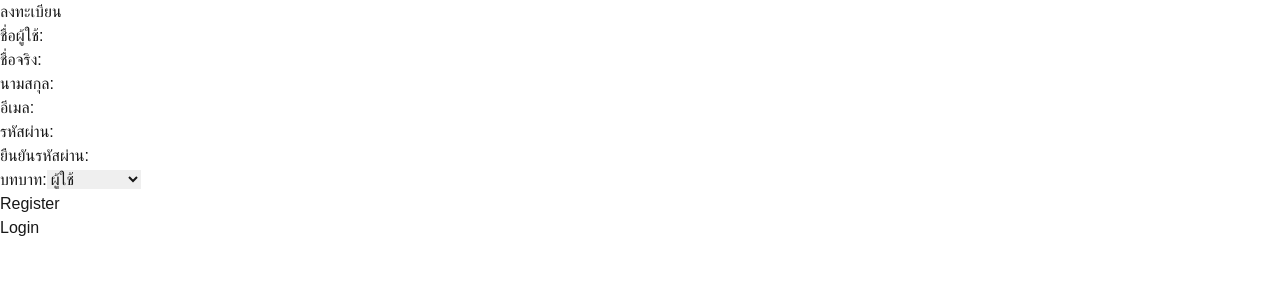
Repository: narawit101/project
Page: /register (app in frontend/)
An editor plug-in stored every save of this project. The page is shown before and after the next save, followed by the edit.
The browser window is 1280 px wide. The pictures show the whole page.
The project was rebuilt for these pictures with package versions that can differ from the ones it lists, and the page was loaded fresh each time. The framework's server and built-in components were replaced by stand-ins that run in the browser. Also part of the build but not shown: frontend/next.config.mjs.

Above is the page before, as saved 2025-01-21 16:30:03.

### frontend/src/app/register/page.jsx
import React from 'react'
import Register from '../components/Register'

export default function page() {
  return (
    <>
    <Register></Register>
    <div>
        <a href="/login">Login</a>
      </div>
    </>
  )
}

### frontend/src/app/components/Register.jsx
'use client'
import React, { useState } from 'react';

export default function Register() {
  const [formData, setFormData] = useState({
    user_name: '',
    first_name: '',
    last_name: '',
    email: '',
    password: '',
    confirmPassword: '',
    role: 'customer'
  });

  const handleChange = (e) => {
    const { name, value } = e.target;
    setFormData({
      ...formData,
      [name]: value
    });
  };

  const handleSubmit = async (e) => {
    e.preventDefault();
    if (formData.password.length < 10) {
      alert('รหัสผ่านต้องมีอย่างน้อย 10 ตัวอักษร');
      return;
    }
    if (formData.password !== formData.confirmPassword) {
      alert('รหัสผ่านและการยืนยันรหัสผ่านไม่ตรงกัน');
      return;
    }
    try {
      console.log('Sending data:', formData); // เพิ่ม log ข้อมูลที่จะส่ง

      const response = await fetch('http://localhost:5000/register', {
        method: 'POST',
        headers: {
          'Content-Type': 'application/json'
        },
        body: JSON.stringify({
          user_name: formData.user_name,
          first_name: formData.first_name,
          last_name: formData.last_name,
          email: formData.email,
          password: formData.password,
          role: formData.role
        })
      });

      console.log('Response status:', response.status); // เพิ่ม log สถานะการตอบกลับ

      if (!response.ok) {
        const errorData = await response.json();
        console.error('Server Error:', errorData);
        alert(`ข้อผิดพลาด: ${errorData.message || 'การลงทะเบียนล้มเหลว'}`);
      } else {
        const data = await response.json();
        console.log('Success:', data); // เพิ่ม log ข้อมูลที่ได้รับ
        alert('ลงทะเบียนผู้ใช้สำเร็จ');
        // รีเซ็ตฟอร์มหลังจากส่งข้อมูลสำเร็จ
        setFormData({
          user_name: '',
          first_name: '',
          last_name: '',
          email: '',
          password: '',
          confirmPassword: '',
          role: 'customer'
        });
      }
    } catch (error) {
      console.error('Error:', error);
      alert('เกิดข้อผิดพลาดระหว่างการลงทะเบียน');
    }
  };

  return (
    <div>
      <h2>ลงทะเบียน</h2>
      <form onSubmit={handleSubmit}>
        <div>
          <label htmlFor="user_name">ชื่อผู้ใช้:</label>
          <input type="text" id="user_name" name="user_name" value={formData.user_name} onChange={handleChange} />
        </div>
        <div>
          <label htmlFor="first_name">ชื่อจริง:</label>
          <input type="text" id="first_name" name="first_name" value={formData.first_name} onChange={handleChange} />
        </div>
        <div>
          <label htmlFor="last_name">นามสกุล:</label>
          <input type="text" id="last_name" name="last_name" value={formData.last_name} onChange={handleChange} />
        </div>
        <div>
          <label htmlFor="email">อีเมล:</label>
          <input type="email" id="email" name="email" value={formData.email} onChange={handleChange} />
        </div>
        <div>
          <label htmlFor="password">รหัสผ่าน:</label>
          <input type="password" id="password" name="password" value={formData.password} onChange={handleChange} />
        </div>
        <div>
          <label htmlFor="confirmPassword">ยืนยันรหัสผ่าน:</label>
          <input type="password" id="confirmPassword" name="confirmPassword" value={formData.confirmPassword} onChange={handleChange} />
        </div>
        <div>
          <label htmlFor="role">บทบาท:</label>
          <select id="role" name="role" value={formData.role} onChange={handleChange}>
            <option value="customer">ผู้ใช้</option>
            <option value="field_owner">เจ้าของสนาม</option>
            {/* <option value="admin">Admin</option> */}
          </select>
        </div>
        <button type="submit">Register</button>
      </form>
    </div>
  );
}

Loaded but not shown: frontend/src/app/layout.jsx (common file); frontend/src/app/globals.css (common file); frontend/tailwind.config.mjs (common file)

After the next save:
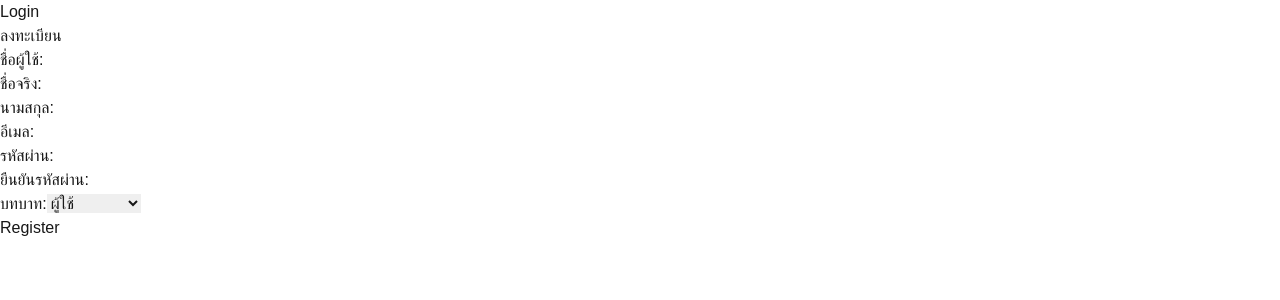
Saved 9 s later.
--- a/frontend/src/app/register/page.jsx
+++ b/frontend/src/app/register/page.jsx
@@ -4,10 +4,11 @@
 export default function page() {
   return (
     <>
-    <Register></Register>
-    <div>
+      <div>
         <a href="/login">Login</a>
       </div>
+    <Register></Register>
+
     </>
   )
 }

After the save that followed:
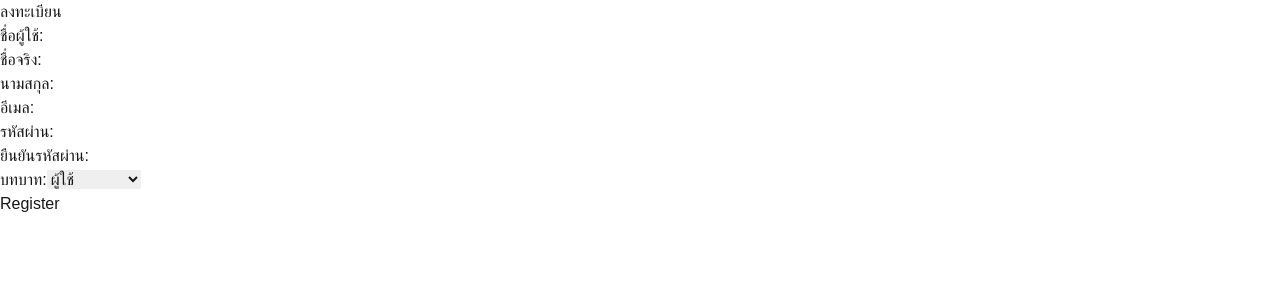
Saved 4 s later.
--- a/frontend/src/app/register/page.jsx
+++ b/frontend/src/app/register/page.jsx
@@ -4,9 +4,7 @@
 export default function page() {
   return (
     <>
-      <div>
-        <a href="/login">Login</a>
-      </div>
+
     <Register></Register>
 
     </>
